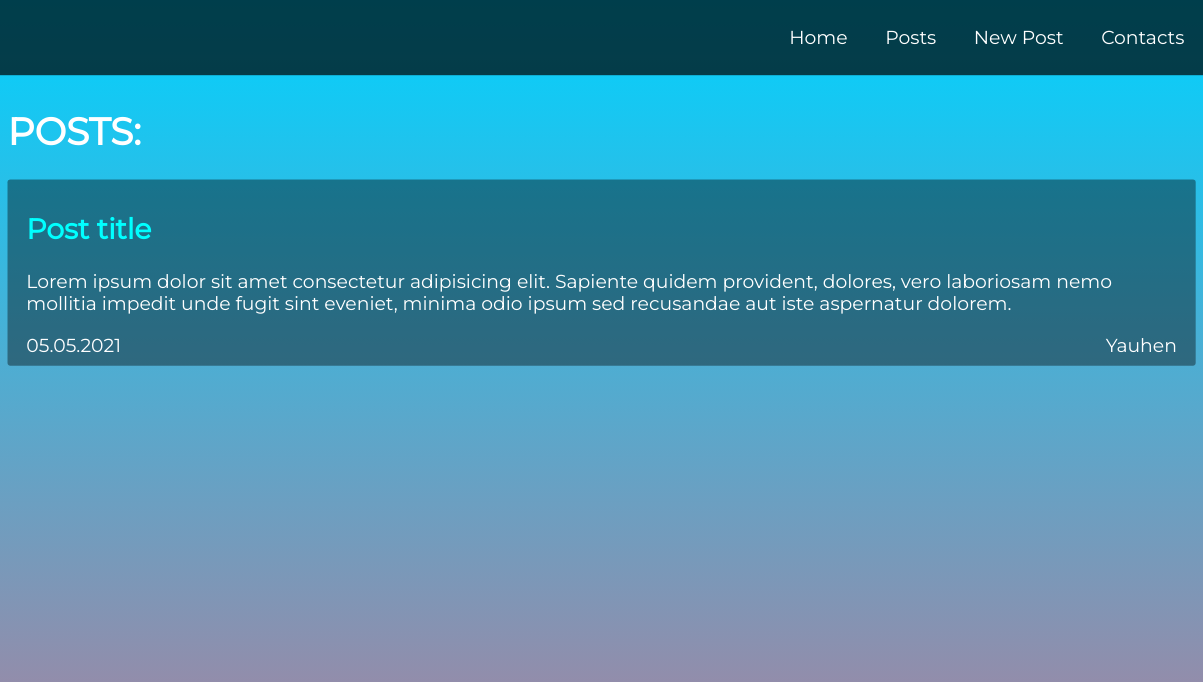
Repository: EgorSherstnev/https---github.com-EgorSherstnev-Node_FirstProject
Page: http://localhost/posts
These files come from the project's save history. The page is drawn as it stood at one moment and after the next save; the edit follows.
The browser window is 1280 px wide. The pictures show the whole page, at 94% of full size.
The page is served by the project's Node server (server.js).

Above is the page before, as saved 2023-03-13 21:41:11.

After the next save:
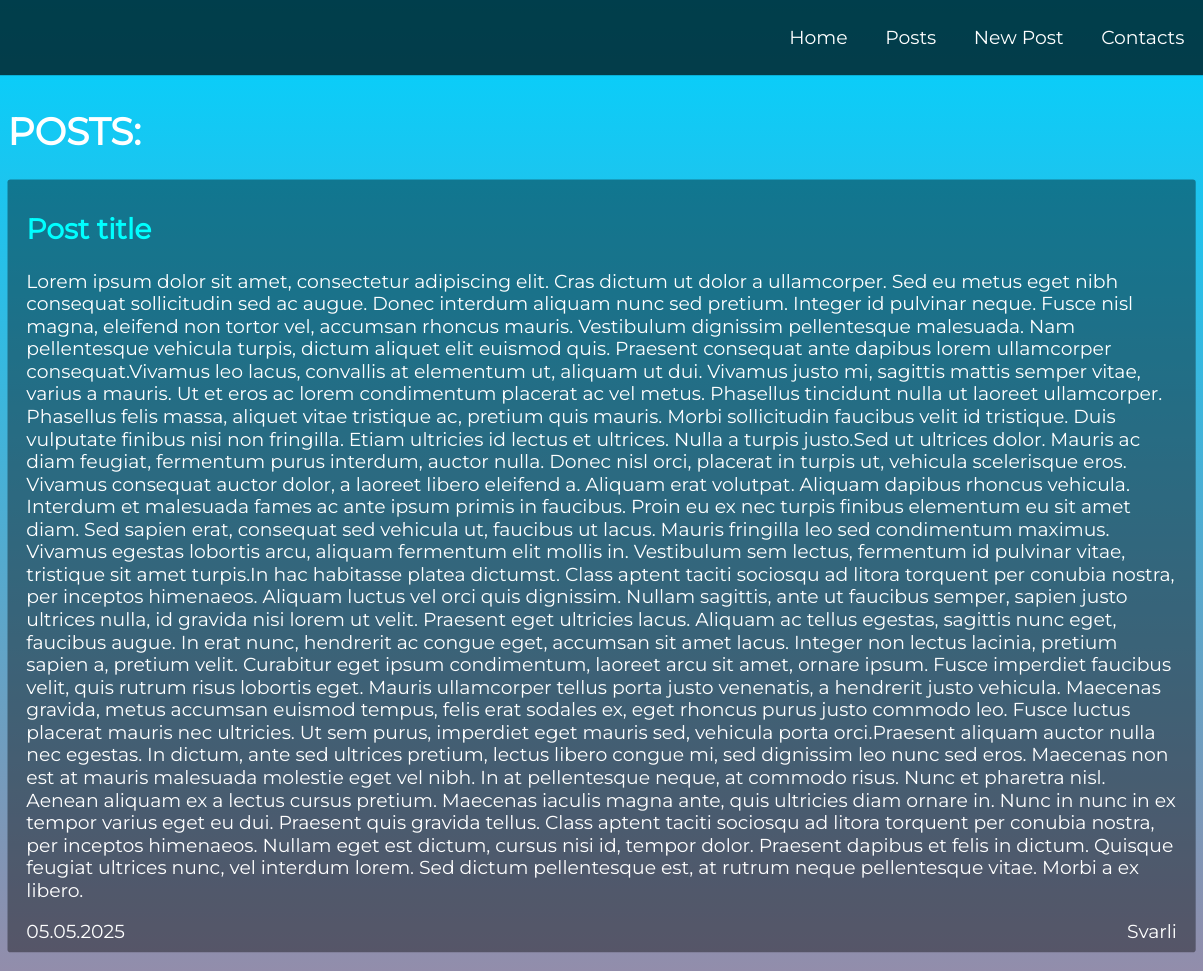
Saved 47 s later.
--- a/ejs-views/posts.ejs
+++ b/ejs-views/posts.ejs
@@ -12,10 +12,10 @@
             <h2>
               <a href="/posts/<%= id %>"><%= title %></a>
             </h2>
-            <p>Lorem ipsum dolor sit amet consectetur adipisicing elit. Sapiente quidem provident, dolores, vero laboriosam nemo mollitia impedit unde fugit sint eveniet, minima odio ipsum sed recusandae aut iste aspernatur dolorem.</p>
+            <p><%= text %></p>
             <div class="info">
-              <span>05.05.2021</span>
-              <span>Yauhen</span>
+              <span><%= date %></span>
+              <span><%= author %></span>
             </div>
           </article>
         </li>
